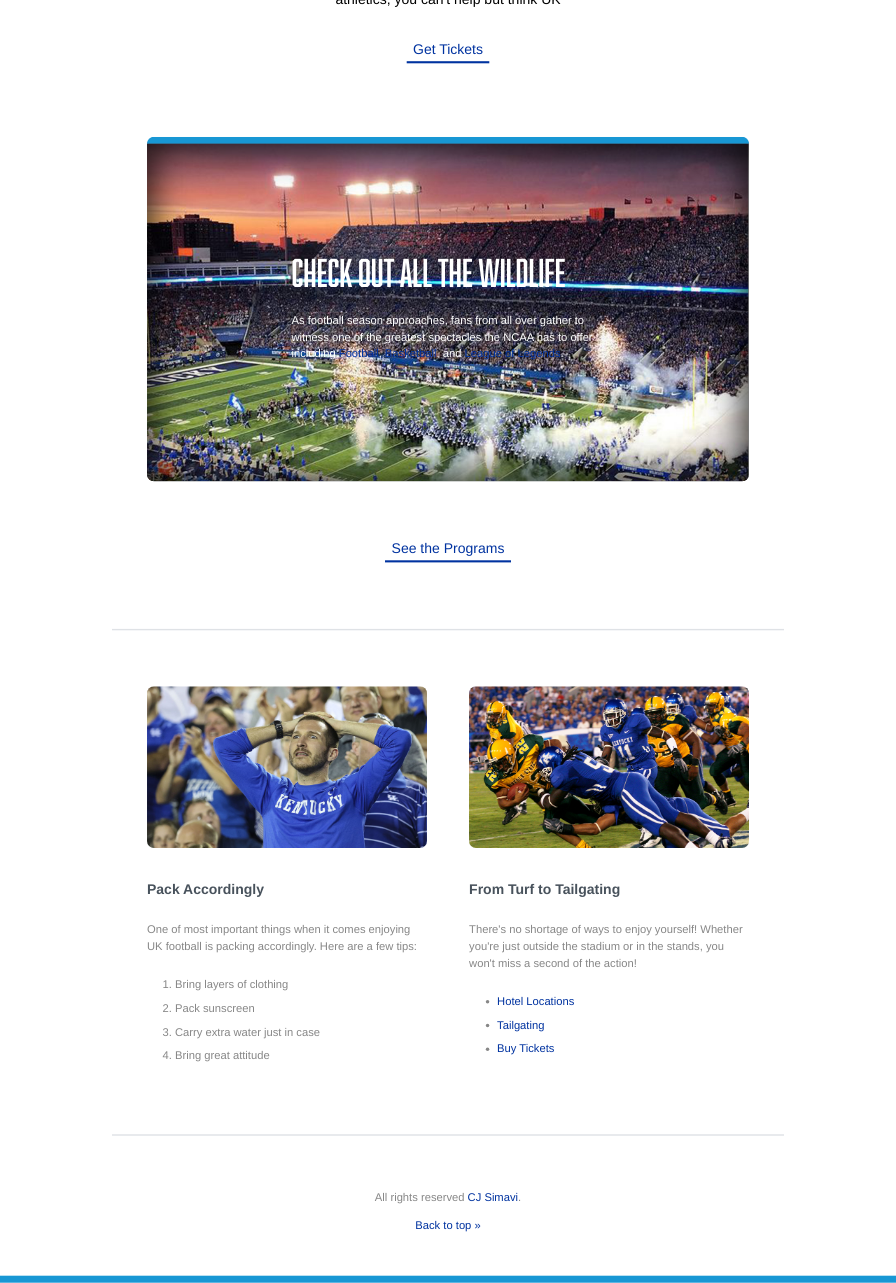
Repository: CalamityJayen/sportsball
Page: index.html
The author's editor kept a record of every edit. The page is drawn from the files as they stood at one moment, then again after the next edit.
The browser window is 1280 px wide. The pictures show the part of the page from y = 978 to 2898 px (the page is 2811 px tall before and 2898 px after), at 70% of full size.

Above is the page before.

After the next edit:
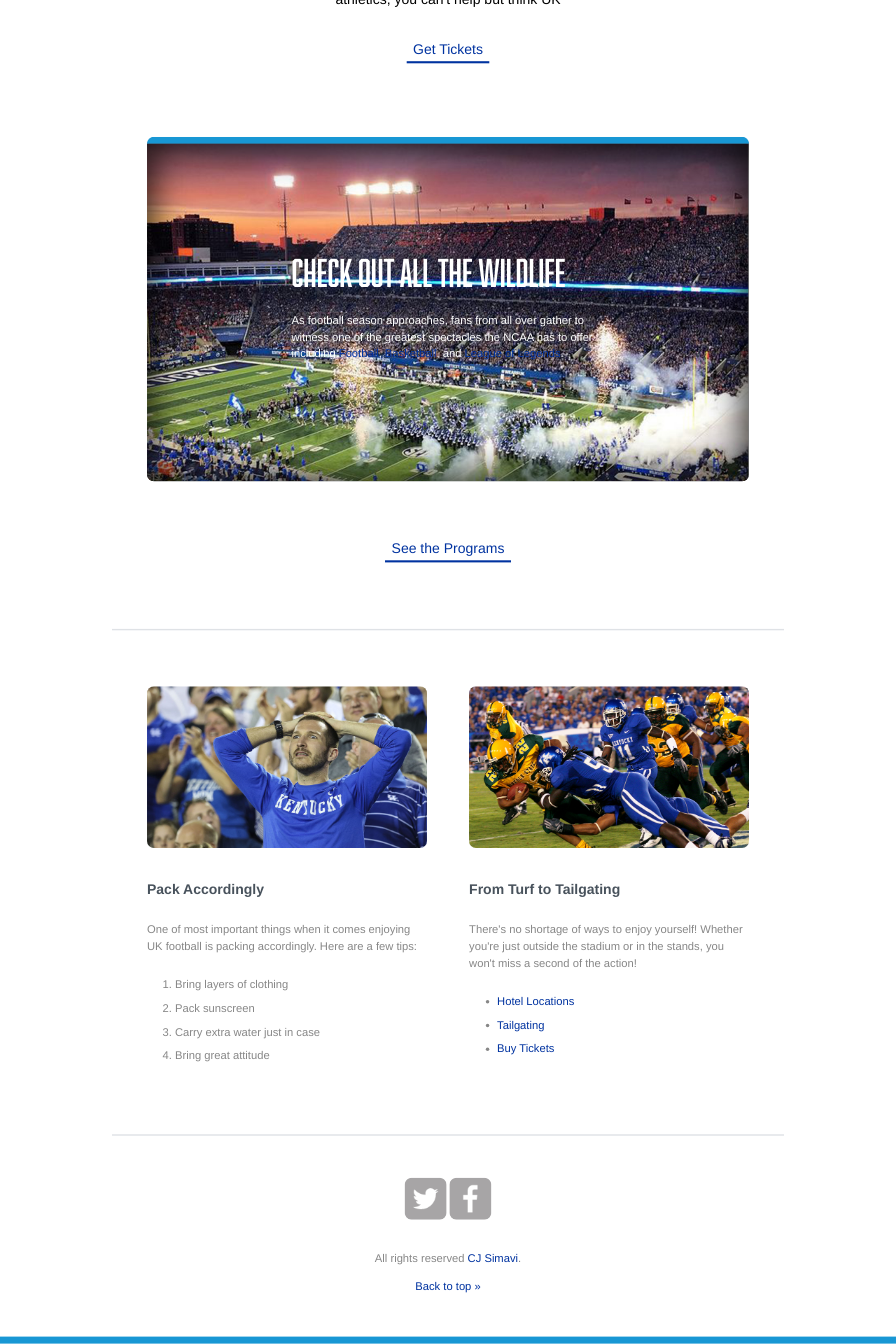
The edit:
--- a/index.html
+++ b/index.html
@@ -59,6 +59,8 @@
 		</div><!-- End .secondary-content -->
 
 		<footer class="main-footer">
+		  <a href = "http://bit.ly/2o1Hk4w"><img src="img/twitter-wrap.png" alt="Twitter logo" class="social-icon"></a>
+       <a href = "http://bit.ly/2o1MzBn"><img src="img/facebook-wrap.png" alt="Facebook logo" class="social-icon"></a>
 			<p>All rights reserved <a href="#">CJ Simavi</a>.</p>
 			<a href="#top">Back to top &raquo;</a>
 		</footer>
